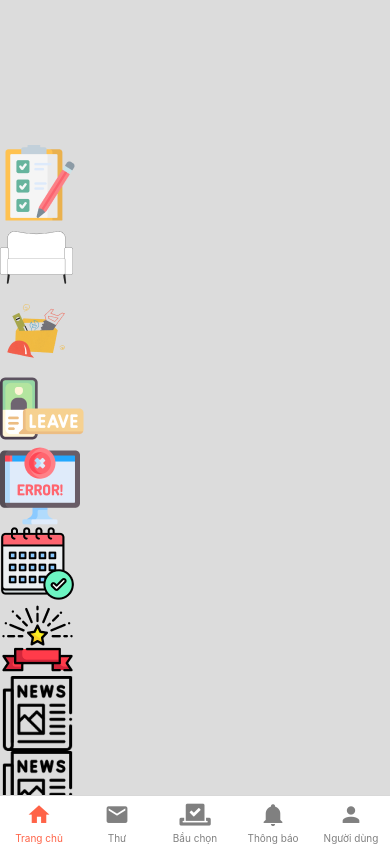
Repository: diepdung02/AppPTC
Page: /Home
The author's editor kept a copy of each file at every save. The page is drawn from the files as they stood at one save, then again after a run of saves.
The browser window is 390 px wide. The pictures show the whole page.
The page's requests for data from a server got no answer. The app was drawn by React Native's web renderer in a window 390 px wide. The project was rebuilt for these pictures with package versions that can differ from the ones it lists, and the page was loaded fresh each time. No one was signed in, and anything a server would have sent is missing. Also part of the build but not shown: screen/home/MailScreen.tsx, screen/home/NotificationScreen.tsx, screen/home/UserScreen.tsx, screen/home/VoteScreen.tsx. Imported but missing from the stored project, and not drawn on this page: assets.

Above is the page before, as saved 2024-06-30 15:17:02.

After the next 2 saves:
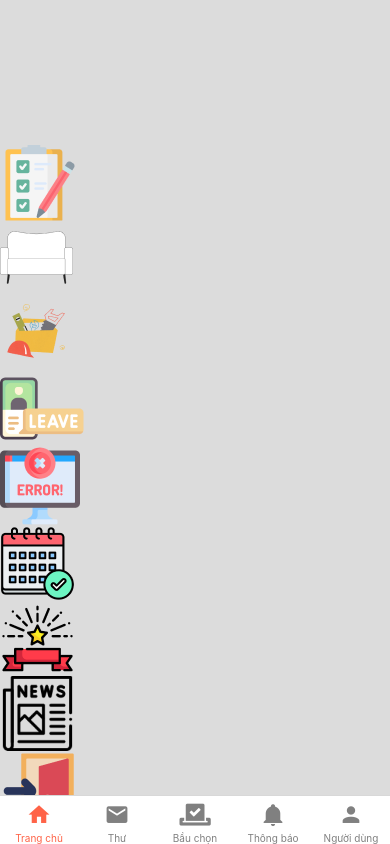
The 2 saves are shown as one change because they came seconds apart.
The last was saved 9 s later.
--- a/screen/home/HomeScreen.tsx
+++ b/screen/home/HomeScreen.tsx
@@ -38,7 +38,7 @@ const HomeScreen: React.FC = () => {
         <Image source={require('../../assets/Group 23.png')}/>
         <Image source={require('../../assets/evaluate.png')}/>
         <Image source={require('../../assets/news.png')}/>
-        <Image source={require('../../assets')}/>
+        <Image source={require('../../assets/Group 12573.png')}/>
         <Image source={require('../../assets/news.png')}/>
       </View>
     </SafeAreaView>
